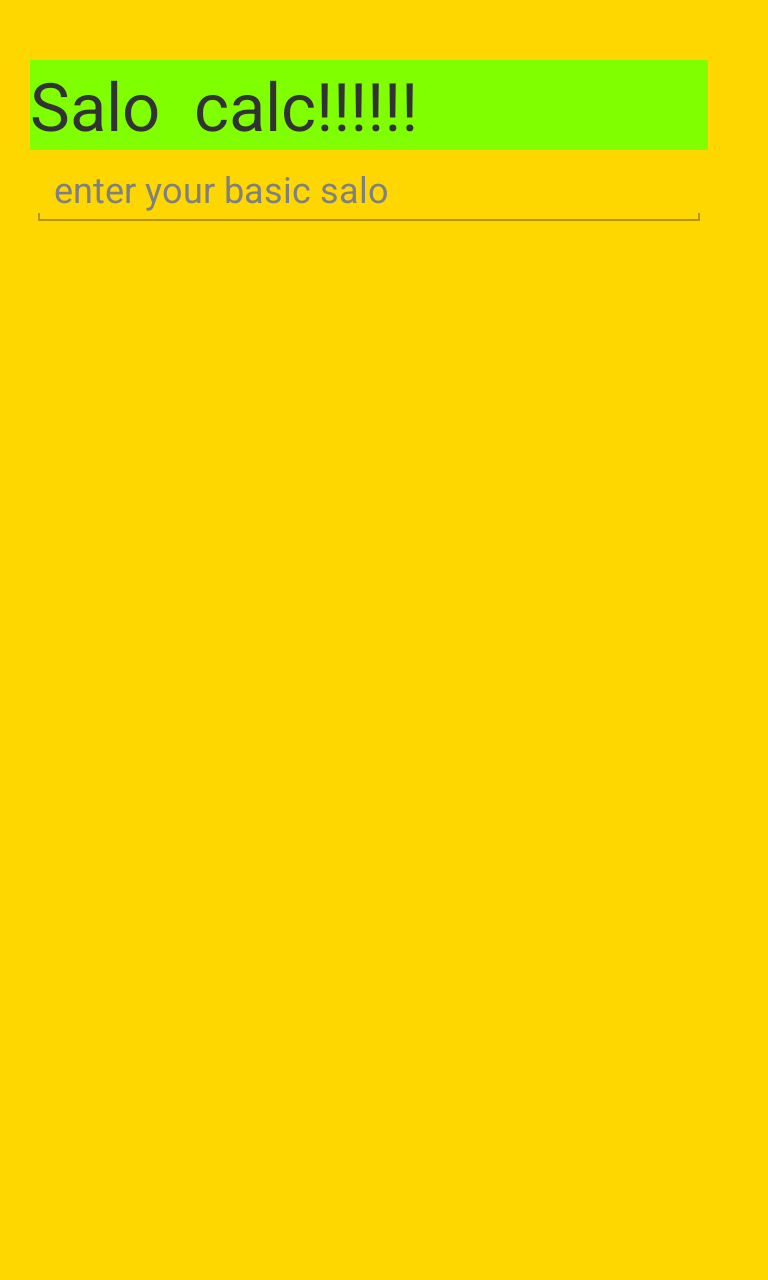
Repository: njiiriJohnii/Android-projects
Layout: salo/res/layout/activity_main.xml
An editor plug-in stored every save of this project. The layout is shown before and after the next save, followed by the edit.
It is drawn on a 768 x 1280 px phone screen (xhdpi) without system bars, with theme AppTheme; the app's code is not run.

Above is the layout before, as saved 2014-05-29 18:56:14.

### salo/res/layout/activity_main.xml
<LinearLayout xmlns:android="http://schemas.android.com/apk/res/android"
    android:layout_width="fill_parent"
    android:layout_height="fill_parent"
    android:orientation="vertical"
    android:background="#FFD700">
    <TextView
        android:id="@+id/sal"
        android:layout_width="fill_parent"
        android:layout_height="wrap_content"
        android:text="Salo  calc!!!!!!"
        android:fontFamily="verdana"
        android:background="#7FFF00"
        android:layout_marginTop="30dp"
        android:layout_marginLeft="15dp"
        android:layout_marginRight="30dp"
        android:textSize="15pt"
        />
    <EditText
        android:id="@+id/basic"
        android:layout_width="fill_parent"
        android:layout_height="wrap_content"
        android:layout_marginLeft="15dp"
        android:layout_marginRight="30dp"
        android:hint="enter your basic salo"



        />




</LinearLayout>

Loaded but not shown: salo/res/values/styles.xml (common file); salo/res/values-v11/styles.xml (common file); salo/res/values-v14/styles.xml (common file)

After the next save:
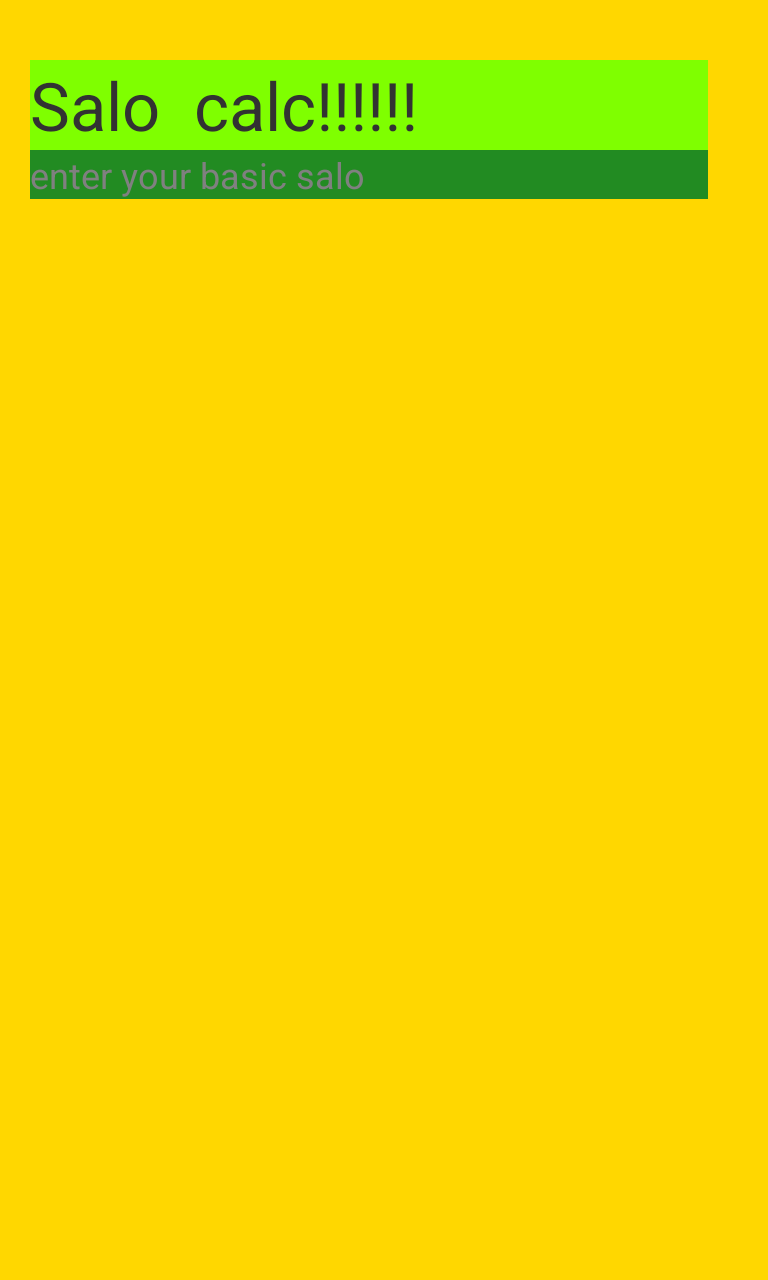
Saved 42 s later.
--- a/salo/res/layout/activity_main.xml
+++ b/salo/res/layout/activity_main.xml
@@ -22,6 +22,7 @@
         android:layout_marginLeft="15dp"
         android:layout_marginRight="30dp"
         android:hint="enter your basic salo"
+        android:background="#228B22"
 
 
 
